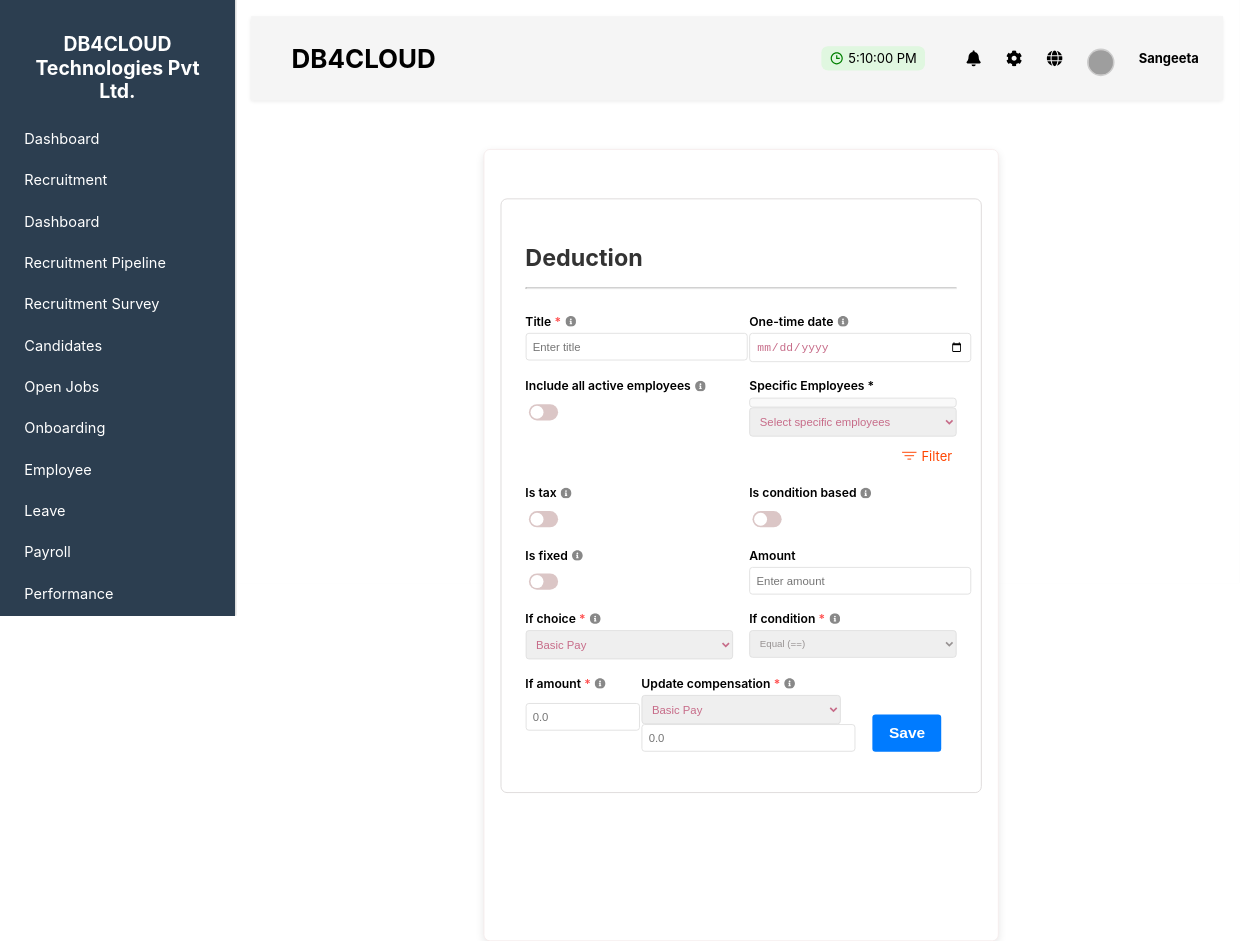
Repository: tinu-ns/Dev-code
Page: /deductions/create (app in HRMS-DEMO-Sang/hrms/)
These files come from the project's save history. The page is drawn as it stood at one moment and after the next save; the edit follows.
The browser window is 1280 px wide. The page is 1550 px wide, so the pictures cover 1550 px, including what lies to the right of the window. The pictures show the whole page, at 81% of full size.
Pictures or frames that could not be fetched are drawn as grey boxes. The project was rebuilt for these pictures with package versions that can differ from the ones it lists, and the page was loaded fresh each time. Also part of the build but not shown: HRMS-DEMO-Sang/hrms/src/components/Dashboard.js, HRMS-DEMO-Sang/hrms/src/components/Recruitment/RecruitmentDashboard.js, HRMS-DEMO-Sang/hrms/src/components/Recruitment/RecruitmentPipeline.js, HRMS-DEMO-Sang/hrms/src/components/Payroll/Allowances.js, HRMS-DEMO-Sang/hrms/src/components/Payroll/Contract.js, HRMS-DEMO-Sang/hrms/src/components/Payroll/Deductions.js, HRMS-DEMO-Sang/hrms/src/components/Payroll/Payslips.js, HRMS-DEMO-Sang/hrms/src/components/Payroll/PayrollDashboard.js and 5 more.

Above is the page before, as saved 2024-11-11 16:22:25.

### HRMS-DEMO-Sang/hrms/src/components/Payroll/CreateDeduction.js
import React, { useState } from "react";
import { FaInfoCircle } from "react-icons/fa";
import { IoFilterOutline } from "react-icons/io5";
import './CreateDeduction.css'


const CreateDeduction = () => {
  const [isTaxable, setIsTaxable] = useState(false);
  const [isFixed, setIsFixed] = useState(false);
  const [isConditionBased, setIsConditionBased] = useState(false);
  const [selectedEmployee, setSelectedEmployee] = useState([]);
  const [filterText, setFilterText] = useState(""); // State for filtering input
  const [showFilterModal, setShowFilterModal] = useState(false); // State for modal visibility

  // Sample employee data
  const employees = [
    { id: 1, name: "John Doe", role: "Software Engineer" },
    { id: 2, name: "Jane Smith", role: "Product Manager" },
    { id: 3, name: "Mark Johnson", role: "Designer" },
    { id: 4, name: "Alice Brown", role: "HR Manager" },
    { id: 5, name: "John Sinha", role: "Bouncer" },
    { id: 6, name: "Charles babbage", role: "Developer" },
    { id: 7, name: "Ravijith Aggarwal", role: "Computer Engineer" },
  ];

  // Filter employee data based on the search input
  const filteredEmployees = employees.filter(
    (employee) =>
      employee.name.toLowerCase().includes(filterText.toLowerCase()) ||
      employee.role.toLowerCase().includes(filterText.toLowerCase())
  );

  // Extract initials from the employee name
  const getInitials = (name) => {
    if (typeof name === "string") {
      const nameArray = name.split(" ");
      const initials = nameArray.map((part) => part[0]).join("");
      return initials.toUpperCase();
    }
    return "";
  };


  // Handle selecting an employee
  const handleEmployeeSelect = (employeeName) => {
    if (employeeName && !selectedEmployee.includes(employeeName)) {
      setSelectedEmployee([...selectedEmployee, employeeName]);
    }
  };

  // Handle removing an employee from the selection
  const handleRemoveEmployee = (employeeName) => {
    setSelectedEmployee(
      selectedEmployee.filter((name) => name !== employeeName)
    );
  };


  const handleSave = (event) => {
    event.preventDefault();
    const formData = {
      title: document.querySelector("input[placeholder='Enter title']").value,
      oneTimeDate: document.querySelector("input[type='date']").value,
      selectedEmployees: selectedEmployee,
      isTaxable,
      isFixed,
      isConditionBased,
      amount: document.querySelector("input[type='number']").value,
    };

    console.log("Form Data:", formData);
    alert("Form data saved successfully!");
  };


  return (
    <div className="main-container">
      <div className="create-allowance-container">
        <h2>Deduction </h2>
        <hr />

        <form>
          {/* Title and One-time date in one row */}
          <div className="form-row">
            <div className="form-group">
              <label>
                Title <span>*</span>
                <FaInfoCircle
                  className="info-icon"
                  title="Title of the deduction"
                />
              </label>
              <input type="text" placeholder="Enter title" required />
            </div>
            <div className="form-group">
              <label>
                One-time date
                <FaInfoCircle
                  className="info-icon"
                  title="The one-time deduction in which the deduction will apply to payslips if the date is within the payslip period"
                />
              </label>
              <input type="date" />
            </div>
          </div>

          {/* Include all active employees and Specific Employees */}
          <div className="form-row">
            <div className="form-group">
              <label>
                Include all active employees
                <FaInfoCircle
                  className="info-icon"
                  title="Target deduction to all active employees in the company"
                />
              </label>
              <label className="toggle-switch">
                <input type="checkbox" />
                <span className="slider"></span>
              </label>
            </div>
            <div className="form-group">
              <label>Specific Employees *</label>

              {/* Select employees as shown tags */}
                <div className="multi-select-box">
                {selectedEmployee.map((employeeName) => (
                  <div key={employeeName} className="tag">
                    {employeeName}
                    <span
                      className="remove-tag"
                      onClick={() => handleRemoveEmployee(employeeName)}
                    >
                      ×
                    </span>
                  </div>
                ))}
              </div>


              <select
                value={selectedEmployee}
                onChange={(e) => handleEmployeeSelect(e.target.value)}
                required
              >
                <option value="">Select specific employees</option>
                {filteredEmployees.length > 0 ? (
                  filteredEmployees.map((employee) => (
                    <option key={employee.id} value={employee.name}>
                      {employee.name} - {employee.role}
                    </option>
                  ))
                ) : (
                  <option>No employees found</option>
                )}
              </select>
              <div className="filter-icons" onClick={() => setShowFilterModal(true)}>
                {[...Array(1)].map((_, i) => (
                  <IoFilterOutline key={i} className="small-filter-icon" />
                ))}{" "}
                <span className="filter-span">Filter</span>
              </div>
              {/* Display Avatar with initials below the dropdown */}
              <div className="avatar-container">
                {selectedEmployee.map((employeeName) => (
                  <div key={employeeName} className="avatar">
                    <span className="avatar-text">
                      {getInitials(employeeName)}
                    </span>
                  </div>
                ))}
              </div>
            </div>
          </div>


          {/* Modal Popup */}
          {showFilterModal && (
            <div className="modal">
              <div className="modal-content">
                <h3>Specific Employees</h3>
                <button className="close-modal" onClick={() => setShowFilterModal(false)}>
                  &times;
                </button>
                <input
                  type="text"
                  placeholder="Search..."
                  value={filterText}
                  onChange={(e) => setFilterText(e.target.value)}
                  className="search-bar"
                />
                <div className="employee-list">
                  {filteredEmployees.map((employee) => (
                    <div key={employee.id} className="employee-item">
                      <span className="avatar">{getInitials(employee.name)}</span>
                      <span>{employee.name} - {employee.role}</span>
                      <button
                        className="add-employee"
                        onClick={() => handleEmployeeSelect(employee.name)}
                      >
                        Add
                      </button>
                    </div>
                  ))}
                </div>
              </div>
            </div>
          )}




          {/* Is taxable and Is condition based */}
          <div className="form-row">
            <div className="form-group">
              <label>
                Is tax
                <FaInfoCircle
                  className="info-icon"
                  title="The specify the deduction is tax or normal deduction "/>
              </label>
              <label className="toggle-switch">
                <input
                  type="checkbox"
                  checked={isTaxable}
                  onChange={() => setIsTaxable(!isTaxable)}
                />
                <span className="slider"></span>
              </label>
            </div>

            <div className="form-group">
              <label>
                Is condition based
                <FaInfoCircle
                  className="info-icon"
                  title="The filled is used to target deduction to the specific employees when the conditions satisfied with the employee's information"
                />
              </label>
              <label className="toggle-switch">
                <input
                  type="checkbox"
                  checked={isConditionBased}
                  onChange={() => setIsConditionBased(!isConditionBased)}
                />
                <span className="slider"></span>
              </label>
            </div>
          </div>

          {/* Is fixed and Amount */}
          <div className="form-row">
            <div className="form-group">
              <label>
                Is fixed
                <FaInfoCircle
                  className="info-icon"
                  title="Specify if the allowance is fixed or not"
                />
              </label>
              <label className="toggle-switch">
                <input
                  type="checkbox"
                  checked={isFixed}
                  onChange={() => setIsFixed(!isFixed)}
                />
                <span className="slider"></span>
              </label>
            </div>
            <div className="form-group">
              <label>Amount</label>
              <input
                type="number"
                placeholder="Enter amount"
                required
                className="input"
              />
            </div>
          </div>

          {/* If choice and If condition */}
          <div className="form-row">
            <div className="form-group">
              <label>
                If choice <span>*</span>
                <FaInfoCircle
                  className="info-icon"
                  title="The pay head for the if condition"
                />
              </label>
              <select required>
                <option>Basic Pay</option>
                <option>Gross Pay</option>
              </select>
            </div>
            <div className="form-group">
              <label>
                If condition <span>*</span>
                <FaInfoCircle
                  className="info-icon"
                  title="Apply if the pay-head conditions satisfy"
                />
              </label>
              <select required className="condition-options">
                <option>Equal (==)</option>
                <option>Not Equal (!=)</option>
                <option>Greater Than({">"})</option>
                <option>Less Than or Equal To ({"<="})</option>
                <option>Less Than or Equal To ({">="})</option>
              </select>
            </div>
          </div>

          {/* If amount and Save button */}
          <div className="form-row" >
            <div className="form-group half-width">
              <label>
                If amount <span>*</span>
                <FaInfoCircle
                  className="info-icon"
                  title="The amount of the pay-head"
                />
              </label>
              <input type="number" placeholder="0.0" required />
            </div>


            <div className="form-group">
              <label>
                Update compensation <span>*</span>
                <FaInfoCircle
                  className="info-icon"
                  title="Update compensation is used to update pay-head before any other deduction calculation starts"
                />
              </label>
              <select required>
                <option>Basic Pay</option>
                <option>Gross Pay</option>
                <option>Net Pay</option>
              </select>
              <input type="number" placeholder="0.0" required />
            </div>


            <div className="form-group save-btn-container">
              <button type="button" className="save-btn" onClick={handleSave}>
                Save
              </button>
            </div>
          </div>
        </form>


        {showFilterModal && (
          <div className="modal">
            <div className="modal-content">
              <h3>Specific Employees</h3>
              <button className="close-modal" onClick={() => setShowFilterModal(false)}>&times;</button>
              <input
                type="text"
                placeholder="Search..."
                value={filterText}
                onChange={(e) => setFilterText(e.target.value)}
                className="search-bar"
              />
              <div className="employee-list">
                {filteredEmployees.map((employee) => (
                  <div key={employee.id} className="employee-item">
                    <span className="avatar">{getInitials(employee.name)}</span>
                    <span>{employee.name} - {employee.role}</span>
                    <button className="add-employee" onClick={() => handleEmployeeSelect(employee.name)}>Add</button>
                  </div>
                ))}
              </div>
            </div>
          </div>
        )}

      </div>
    </div>
  );
};

export default CreateDeduction;

### HRMS-DEMO-Sang/hrms/src/App.css
.app{
  display: flex;
  height: 100vh;
  background-color: #f4f4f4;
  width: 100vw;
  padding-left: 250px;
}

.content-container{
  flex-grow: 1;
  padding: 20px;
  background-color: #fff;        /**/
  display: flex;
  flex-direction: column;
  width: calc(100% - 250px); /* Adjust width to account for sidebar */
}

.main-section{
  display: flex;
  justify-content: space-between;
  padding: 20px;
  width: 100%;
  height: 100%;
  flex-grow: 1;

}


.sidebar {
  width: 250px;
  background-color: #2c3e50;
  position: fixed;
  height: 100vh;
  flex-shrink: 0;
  position: fixed;
  left: 0;
  top: 0;
}

### HRMS-DEMO-Sang/hrms/src/components/Sidebar.css
 .container{
    display: flex;
    height: 100vh;
    margin-right: 10px;
}

/*
.content{
    flex-grow: 1;
    padding: 20px;
    padding-left: 50px;

}  */

.sidebar {
    width: 200px;
    height: 100vh;
    background-color: #503f2c;
    padding: 20px;
    color: white;
    height: 100vh;
    position: fixed;
    top: 0;
    left: 0;
    border-right: 2px solid #ddd;
    overflow-y: auto;        /* Allows vertical scrolling */
    margin-right: 200px;
    z-index: 1000;

  }



  .sidebar h2{
    text-align: center;
    margin-bottom: 30px;
    font-size: 24px;
  }

  .sidebar-list{
    list-style-type: none;
    padding: 0;
  }


  .sidebar-list li{
    margin-bottom: 15px;
  }

  .sidebar-list li a {
    color: white;
    text-decoration: none;
    font-size: 18px;
    padding: 10px;
    border-radius: 4px;
    display: block;
  }

  .sidebar-list li a:hover{
    color: #1abc9c;
  }

  .sidebar-list li a.active{
    background-color: #1abc9c;
    color: white;
  }

  .sidebar {
    width: 250px;
    background-color: #2E3A46;
    color: #FFF;
    padding: 20px;
    height: 100vh;
  }

  .sidebar h2 {
    font-size: 1.5em;
    margin-bottom: 1em;
  }

  .sidebar ul {
    list-style: none;
    padding: 0;
  }

  .sidebar li {
    margin: 10px 0;
  }

  .sidebar li ul {
    margin-top: 5px;
  }

  .sidebar a {
    color: #FFF;
    text-decoration: none;
  }

  .sidebar a:hover {
    text-decoration: underline;
  }

  .sidebar a.active {
    color: #20c997;
  }

  .sidebar ul li a:hover, .menu-toggle:hover {
    background-color: #34495e;
  }

  .menu-toggle {
    background: none;
    border: none;
    color: #ecf0f1;
    font-size: 1rem;
    text-align: left;
    cursor: pointer;
    width: 100%;
    padding: 10px;
  }

  .submenu {
    list-style-type: none;
    padding-left: 20px;
  }

  .submenu li a {
    padding-left: 20px;
    font-size: 0.9rem;
  }

### HRMS-DEMO-Sang/hrms/src/components/Recruitment/RecruitmentPipeline.css
.pipeline-container {
    padding: 20px;
    background-color: #f5f5f5;
    border-radius: 8px;
  }

  .pipeline-section {
    margin-top: 20px;
  }

  .pipeline-section h3 {
    background-color: #f8f9fa;
    padding: 10px;
    border-left: 5px solid #ffa500;
  }

  .recruitment-table {
    width: 100%;
    border-collapse: collapse;
  }

  .recruitment-table th,
  .recruitment-table td {
    padding: 10px;
    border-bottom: 1px solid #ddd;
    text-align: left;
  }

  .recruitment-table th {
    background-color: #f1f1f1;
  }

  button {
    padding: 5px 10px;
    margin: 0 5px;
    border: none;
    border-radius: 4px;
    cursor: pointer;
  }

  button:hover {
    background-color: #ddd;
  }

### HRMS-DEMO-Sang/hrms/src/components/Header.css
.bg-container{
  padding-left: 30px;

}

.header {
    background-color: #f5f5f5;
    padding: 10px 20px;
    display: flex;
    justify-content: space-between;
    align-items: center;
    box-shadow: 0px 2px 5px rgba(0, 0, 0, 0.1);
  }

  .header-left {
    display: flex;
    align-items: center;
  }

  .menu-button {
    font-size: 24px;
    background: none;
    border: none;
    cursor: pointer;
  }

  .h1{
    margin-left: 15px;
    font-size: 24px;
    color: red! important ;
  }

  .header-right{
    display: flex;
    align-items: center;
  }

  .icon{
    margin-left: 20px;
    font-size: 20px;
    cursor: pointer;
  }

  .time-box {
    display: flex;
    align-items: center;
    background-color: #e0f7e0;
    padding: 5px 10px;
    border-radius: 8px;
    margin-right: 20px;
  }

  .time-icon {
    margin-right: 5px;
    font-size: 18px;
    color: green;
  }

  .user-profile{
    display: flex;
    align-items: center;
    cursor: pointer;
    position: relative;
  }

  .user-avatar{
    padding: 20px;
  }

  .avatar{
    width: 40px;
    height: 40px;
    background-color: #d4d4d4;
    border-radius: 50%;
    display: flex;
    justify-content: center;
    align-items: center;
    font-size: 18px;
    color: white;
    margin-right: 10px;

  }

  .user-name{
    font-weight: bold;
  }

  .dropdown{
    position: absolute;
    top: 50px;
    right: 0;
    background-color: #fff;
    box-shadow: 0px 2px 8px rgba(0, 0, 0, 0.1);
    border-radius: 5px;
    z-index: 100;
  }

  .dropdown ul {
    list-style-type: none;
    padding: 10px;
    margin: 0;
  }

  .dropdown ul li {
    padding: 10px 15px;
    cursor: pointer;
  }

  .dropdown ul li:hover {
    background-color: #f5f5f5;
  }

  .user-info {
    display: flex;
    align-items: center;
  }

  .user-name {
    margin-right: 10px;
  }

Loaded but not shown: HRMS-DEMO-Sang/hrms/public/index.html (common file); HRMS-DEMO-Sang/hrms/src/index.js (common file); HRMS-DEMO-Sang/hrms/src/index.css (common file); HRMS-DEMO-Sang/hrms/src/reportWebVitals.js (common file); HRMS-DEMO-Sang/hrms/src/components/Sidebar.js (102 lines, source omitted); HRMS-DEMO-Sang/hrms/src/components/Header.js (91 lines, source omitted); HRMS-DEMO-Sang/hrms/src/App.js (55 lines, source omitted); HRMS-DEMO-Sang/hrms/src/components/Payroll/PayrollDashboard.css (359 lines, source omitted); HRMS-DEMO-Sang/hrms/src/components/Payroll/Allowances.css (356 lines, source omitted); HRMS-DEMO-Sang/hrms/src/components/Payroll/Deductions.css (356 lines, source omitted); HRMS-DEMO-Sang/hrms/src/components/Payroll/Contract.css (341 lines, source omitted); HRMS-DEMO-Sang/hrms/src/components/Payroll/CreateAllowance.css (328 lines, source omitted); HRMS-DEMO-Sang/hrms/src/components/Payroll/CreateDeduction.css (328 lines, source omitted)

After the next save:
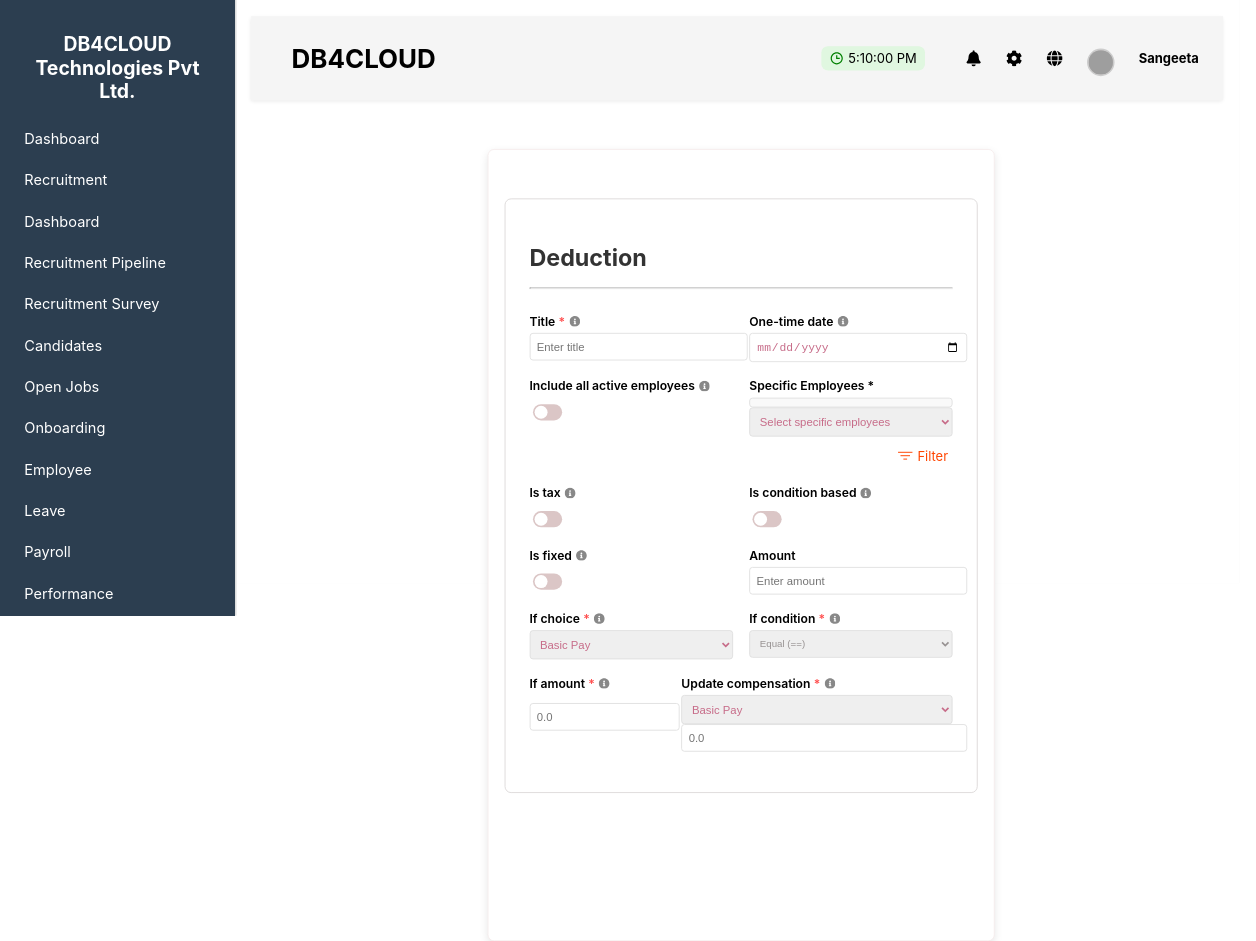
Saved 11 s later.
--- a/HRMS-DEMO-Sang/hrms/src/components/Payroll/CreateDeduction.js
+++ b/HRMS-DEMO-Sang/hrms/src/components/Payroll/CreateDeduction.js
@@ -342,11 +342,7 @@ const CreateDeduction = () => {
             </div>
 
 
-            <div className="form-group save-btn-container">
-              <button type="button" className="save-btn" onClick={handleSave}>
-                Save
-              </button>
-            </div>
+
           </div>
         </form>
 
